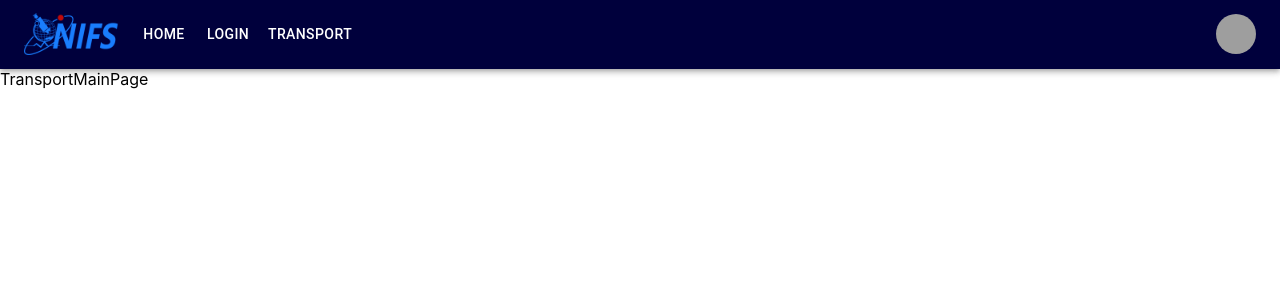
Repository: Ravindu97/NIFS_WebApplication
Page: /transport (app in client/)
The author's editor kept a copy of each file at every save. The page is drawn from the files as they stood at one save, then again after the next save.
The browser window is 1280 px wide. The pictures show the whole page.
Pictures or frames that could not be fetched are drawn as grey boxes. The project was rebuilt for these pictures with package versions that can differ from the ones it lists, and the page was loaded fresh each time. Also part of the build but not shown: client/src/pages/Home.js, client/src/pages/Login.js.

Above is the page before, as saved 2022-06-30 19:16:05.

### client/src/index.css
body {
  margin: 0;
  font-family: -apple-system, BlinkMacSystemFont, 'Segoe UI', 'Roboto', 'Oxygen',
    'Ubuntu', 'Cantarell', 'Fira Sans', 'Droid Sans', 'Helvetica Neue',
    sans-serif;
  -webkit-font-smoothing: antialiased;
  -moz-osx-font-smoothing: grayscale;
}

:root{
  --main-navbar-back: #00003c;

}


.nav-logo{
  width: 100px;
  height: auto;
}

.main-navbar{
  background-color: var(--main-navbar-back) !important;
}

### client/src/App.js
import * as React from 'react';
import { BrowserRouter as Router, Route, Routes } from 'react-router-dom';
import Navbar from './components/shared/Navbar';
import Home from './pages/Home';
import Login from './pages/Login';
import TransportMainPage from './pages/TransportMainPage';

function App() {
	return (
		<div>
			<Router>
				<Navbar />
				<Routes>
					<Route exact path="/" element={<Home />} />
					<Route exact path="/login" element={<Login />} />
					<Route exact path="/transport/*" element={<TransportMainPage />} />
				</Routes>
			</Router>
		</div>
	);
}

export default App;

### client/src/components/shared/Navbar.js
import * as React from 'react';
import AppBar from '@mui/material/AppBar';
import Box from '@mui/material/Box';
import Toolbar from '@mui/material/Toolbar';
import IconButton from '@mui/material/IconButton';
import Typography from '@mui/material/Typography';
import Menu from '@mui/material/Menu';
import MenuIcon from '@mui/icons-material/Menu';
import Container from '@mui/material/Container';
import Avatar from '@mui/material/Avatar';
import Button from '@mui/material/Button';
import Tooltip from '@mui/material/Tooltip';
import MenuItem from '@mui/material/MenuItem';
import { Link } from 'react-router-dom';
import Logo from '../../images/nifs_logo.png';

const Navbar = () => {
	const pages = [
		{
			id: 0,
			title: 'Home',
			link: '/',
		},
		{
			id: 2,
			title: 'Login',
			link: '/login',
		},
		{
			id: 2,
			title: 'Transport',
			link: '/transport',
		},
	];

	const settings = [
		{
			id: 0,
			title: 'Home',
			link: '/',
		},
		{
			id: 2,
			title: 'Login',
			link: '/login',
		},
		{
			id: 2,
			title: 'Transport',
			link: '/transport',
		},
	];

	const [anchorElNav, setAnchorElNav] = React.useState(null);
	const [anchorElUser, setAnchorElUser] = React.useState(null);

	const handleOpenNavMenu = (event) => {
		setAnchorElNav(event.currentTarget);
	};
	const handleOpenUserMenu = (event) => {
		setAnchorElUser(event.currentTarget);
	};

	const handleCloseNavMenu = () => {
		setAnchorElNav(null);
	};

	const handleCloseUserMenu = () => {
		setAnchorElUser(null);
	};

	return (
		<AppBar position="static" className="main-navbar">
			<Container maxWidth="xl">
				<Toolbar disableGutters>
					{/* <AdbIcon sx={{ display: { xs: 'none', md: 'flex' }, mr: 1 }} /> */}
					<Box sx={{ display: { xs: 'none', md: 'flex' }, mr: 1 }}>
						<img src={Logo} alt="logo" className="nav-logo" />
					</Box>

					<Box sx={{ flexGrow: 1, display: { xs: 'flex', md: 'none' } }}>
						<IconButton
							size="large"
							aria-label="account of current user"
							aria-controls="menu-appbar"
							aria-haspopup="true"
							onClick={handleOpenNavMenu}
							color="inherit"
						>
							<MenuIcon />
						</IconButton>
						<Menu
							id="menu-appbar"
							anchorEl={anchorElNav}
							anchorOrigin={{
								vertical: 'bottom',
								horizontal: 'left',
							}}
							keepMounted
							transformOrigin={{
								vertical: 'top',
								horizontal: 'left',
							}}
							open={Boolean(anchorElNav)}
							onClose={handleCloseNavMenu}
							sx={{
								display: { xs: 'block', md: 'none' },
							}}
						>
							{pages &&
								pages.map((page) => (
									<MenuItem key={page.id} onClick={handleCloseNavMenu}>
										<Link to={page.link} style={{ textDecoration: 'none' }}>
											<Typography textAlign="center">{page.title}</Typography>
										</Link>
									</MenuItem>
								))}
						</Menu>
					</Box>

					<Box
						sx={{
							mr: 2,
							display: { xs: 'flex', md: 'none' },
							flexGrow: 1,
						}}
					>
						<img src={Logo} alt="logo" className="nav-logo" />
					</Box>

					<Box sx={{ flexGrow: 1, display: { xs: 'none', md: 'flex' } }}>
						{pages &&
							pages.map((page) => (
								<Link to={page.link} style={{ textDecoration: 'none' }}>
									<Button
										key={page.id}
										onClick={handleCloseNavMenu}
										sx={{ my: 2, color: 'white', display: 'block' }}
									>
										{page.title}
									</Button>
								</Link>
							))}
					</Box>

					<Box sx={{ flexGrow: 0 }}>
						<Tooltip title="Open settings">
							<IconButton onClick={handleOpenUserMenu} sx={{ p: 0 }}>
								<Avatar
									alt="Remy Sharp"
									src="https://images.unsplash.com/photo-1566753323558-f4e0952af115?ixlib=rb-1.2.1&ixid=MnwxMjA3fDB8MHxzZWFyY2h8MXx8bWFsZXxlbnwwfHwwfHw%3D&w=1000&q=80"
								/>
							</IconButton>
						</Tooltip>
						<Menu
							sx={{ mt: '45px' }}
							id="menu-appbar"
							anchorEl={anchorElUser}
							anchorOrigin={{
								vertical: 'top',
								horizontal: 'right',
							}}
							keepMounted
							transformOrigin={{
								vertical: 'top',
								horizontal: 'right',
							}}
							open={Boolean(anchorElUser)}
							onClose={handleCloseUserMenu}
						>
							{settings.map((setting) => (
								<MenuItem key={setting.id} onClick={handleCloseUserMenu}>
									<Typography textAlign="center">{setting.title}</Typography>
								</MenuItem>
							))}
						</Menu>
					</Box>
				</Toolbar>
			</Container>
		</AppBar>
	);
};
export default Navbar;

### client/src/pages/TransportMainPage.js
import React from 'react';

function TransportMainPage() {
	return <div>TransportMainPage</div>;
}

export default TransportMainPage;

Loaded but not shown: client/src/index.js (common file); client/src/reportWebVitals.js (common file)

After the next save:
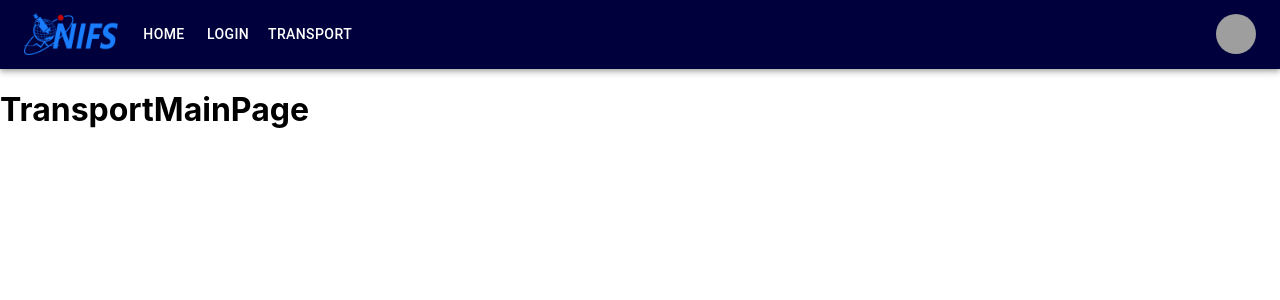
Saved 46 s later.
--- a/client/src/pages/TransportMainPage.js
+++ b/client/src/pages/TransportMainPage.js
@@ -1,7 +1,11 @@
 import React from 'react';
 
 function TransportMainPage() {
-	return <div>TransportMainPage</div>;
+	return (
+		<div>
+			<h1>TransportMainPage</h1>
+		</div>
+	);
 }
 
 export default TransportMainPage;
